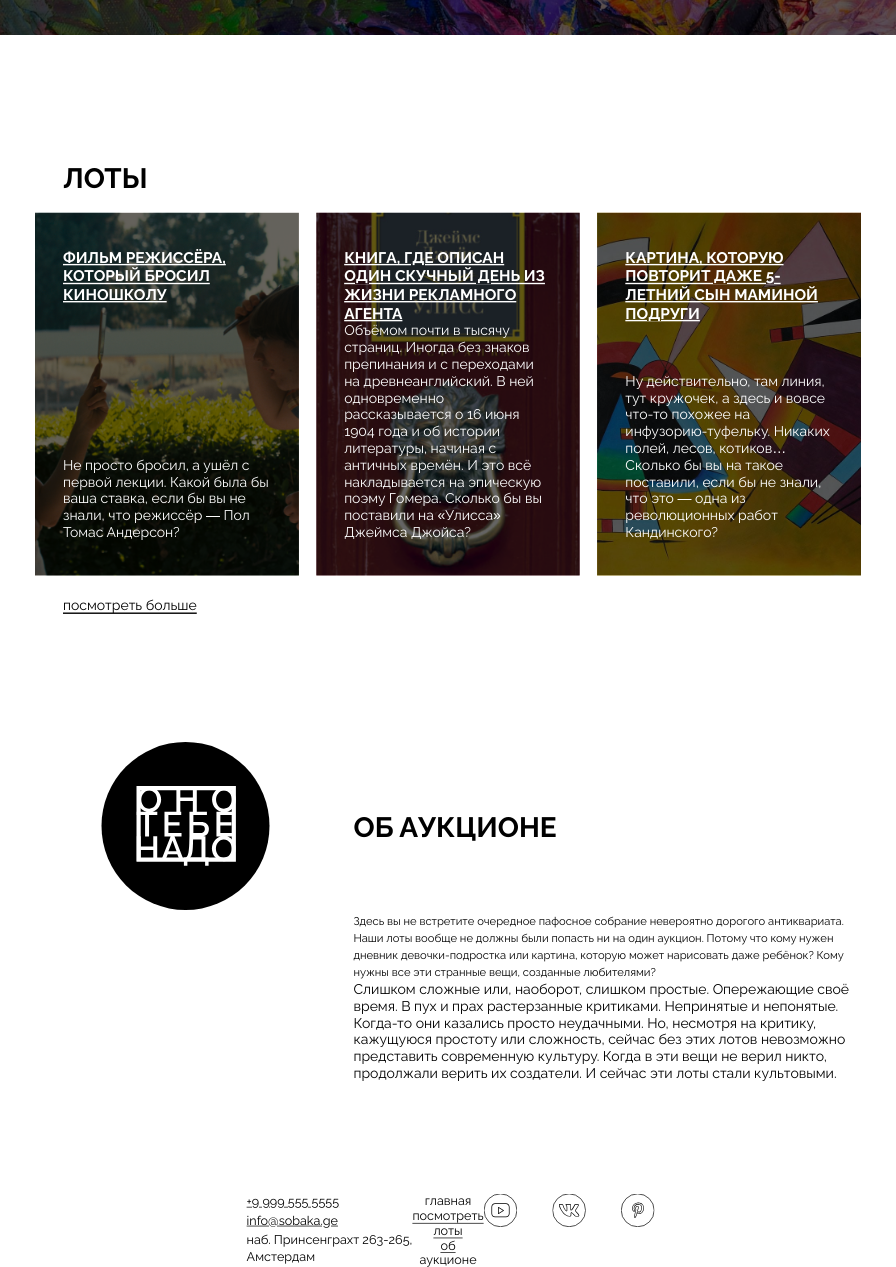
Repository: Hadoooouken/ono-tebe-nado
Page: index.html
These files come from the project's save history. The page is drawn as it stood at one moment and after the next save; the edit follows.
The browser window is 1280 px wide. The pictures show the part of the page from y = 1000 to 2920 px (the page is 2810 px tall before and 2920 px after), at 70% of full size.

Above is the page before, as saved 2023-11-29 03:08:46.

### index.html
<!DOCTYPE html>
<html lang="ru">
  <head>
    <meta charset="UTF-8" />
    <meta http-equiv="X-UA-Compatible" content="IE=edge" />
    <meta name="viewport" content="width=device-width, initial-scale=1.0" />
    <link rel="stylesheet" href="./fonts/fonts.css" />
    <link rel="stylesheet" href="./styles/global.css" />
    <link rel="stylesheet" href="./styles/style.css" />
    <title>Оно тебе надо — аукцион вещей, в которые никто не верил</title>
  </head>
  <body>
    <header class="header section">
      <nav class="header__menu">
        <ul>
          <li class="header__links-list-item_no-bullit">
            <a href="#">главная</a>
          </li>
          <li><a href="#">посмотреть лоты</a></li>
          <li><a href="#">об аукционе</a></li>
        </ul>
      </nav>

      <div class="header__logo">
        <a href="#"><img src="./images/logo-black.svg" alt="Логотип" /></a>
      </div>

      <div class="address">
        <div><a href="tel:+99995555555">+9 999 555 5555</a></div>
        <div><a href="mailto:info@sobaka.ge">info@sobaka.ge</a></div>
        <p>наб. Принсенграхт 263-265, <br/>Амстердам</p>
      </div>
    </header>

    <main>
      <section class="cover">
        <div class="overlay"></div>
        <h1 class="cover__title">
          <span class="align_left">о<span>но</span></span>
          <span class="align_center">те<span>бе</span></span>
          <span class="align_right"
            ><span class="letter-spacing-title">Н</span>ад<span
              class="no-letter-spacing"
              >о</span
            ></span
          >
        </h1>
        <div class="cover__description">
          <p class="divcover__description-text">
            Аукцион вещей, в которые никто не верил
          </p>
          <button type="button" class="bet-button">сделать ставку</button>
        </div>
      </section>

      <section class="lots section">
        <h2 class="lots__heading">лоты</h2>
        <ul class="lots__card-list">
          <li class="lots__card-list-item card_type_film">
            <div class="overlay"></div>
            <a class="card-link" href="#">
              <article class="card">
                <h3 class="card__title">
                  Фильм режиссёра, который бросил киношколу
                </h3>
                <p class="card__text">
                  Не просто бросил, а ушёл с первой лекции. Какой была бы ваша
                  ставка, если бы вы не знали, что режиссёр — Пол Томас
                  Андерсон?
                </p>
              </article>
            </a>
          </li>
          <li class="lots__card-list-item card_type_book">
            <div class="overlay"></div>
            <a class="card-link" href="#">
              <article class="card">
                <h3 class="card__title">
                  Книга, где описан один скучный день из жизни рекламного агента
                </h3>

                <p class="card__text">
                  Объёмом почти в тысячу страниц. Иногда без знаков препинания и
                  с переходами на древнеанглийский. В ней одновременно
                  рассказывается о 16 июня 1904 года и об истории литературы,
                  начиная с античных времён. И это всё накладывается на
                  эпическую поэму Гомера. Сколько бы вы поставили на «Улисса»
                  Джеймса Джойса?
                </p>
              </article>
            </a>
          </li>
          <li class="lots__card-list-item card_type_picture">
            <div class="overlay"></div>
            <a class="card-link" href="#">
              <article class="card">
                <h3 class="card__title">
                  Картина, которую повторит даже 5-летний сын маминой подруги
                </h3>

                <p class="card__text">
                  Ну действительно, там линия, тут кружочек, а здесь и вовсе
                  что-то похожее на инфузорию-туфельку. Никаких полей, лесов,
                  котиков… Сколько бы вы на такое поставили, если бы не знали,
                  что это — одна из революционных работ Кандинского?
                </p>
              </article>
            </a>
          </li>
        </ul>
        <a class="lots__look-more-link" href="#">посмотреть больше</a>
      </section>

      <section class="about section">
        <div class="about__left-column">
          <div class="about__logo">
            <img src="./images/logo-white.svg" alt="Логотип" />
          </div>
        </div>

        <div class="about__right-column">
          <h2 class="about__title">об аукционе</h2>
          <p class="about__text">
            Здесь вы не встретите очередное пафосное собрание невероятно
            дорогого антиквариата. Наши лоты вообще не должны были попасть ни на
            один аукцион. Потому что кому нужен дневник девочки-подростка или
            картина, которую может нарисовать даже ребёнок? Кому нужны все эти
            странные вещи, созданные любителями?
          </p>
          <p class="about__text">
            Слишком сложные или, наоборот, слишком простые. Опережающие своё
            время. В пух и прах растерзанные критиками. Непринятые и непонятые.
            Когда-то они казались просто неудачными. Но, несмотря на критику,
            кажущуюся простоту или сложность, сейчас без этих лотов невозможно
            представить современную культуру. Когда в эти вещи не верил никто,
            продолжали верить их создатели. И сейчас эти лоты стали культовыми.
          </p>
        </div>
      </section>
    </main>
    <footer class="footer section">
      <div class="address">
        <div><a href="tel:+99995555555">+9 999 555 5555</a></div>
        <div><a href="mailto:info@sobaka.ge">info@sobaka.ge</a></div>
        <p>наб. Принсенграхт 263-265,<br/>Амстердам</p>
      </div>

      <div class="footer__menu-list">
        <nav class="">
          <ul class="footer__menu-list-item">
            <li class="footer__menu-link_active">
              <a href="#">главная</a>
            </li>
            <li><a href="#">посмотреть лоты</a></li>
            <li><a href="#">об аукционе</a></li>
          </ul>
        </nav>
      </div>

      <div>
        <ul class="footer__social-list">
          <li class="footer__social-list-item">
            <a href="#"> <img src="./images/yt.svg" alt="ютуб" /></a>
          </li>
          <li class="footer__social-list-item">
            <a href="#"> <img src="./images/vk.svg" alt="вконтакте" /></a>
          </li>
          <li class="footer__social-list-item">
            <a href="#">
              <img src="./images/pinterest.svg" alt="пинтерест"
            /></a>
          </li>
        </ul>
      </div>
    </footer>
  </body>
</html>

### styles/global.css
*,
*::before,
*::after {
  box-sizing: border-box;
}

body {
  min-width: 1100px;
  margin: 0;
  font-family: Raleway, sans-serif;
  line-height: 24px;
}

h1,
h2,
h3,
h4,
h5,
h6,
p,
ul,
ol,
li,
blockquote {
  margin: 0;
  padding: 0;
}

a {
  color: inherit;
}

img {
  width: 100%;
}

### styles/style.css
.header {
 display: grid;
 grid-template-columns: 1fr min-content 1fr;
  padding-top: 92px;
  align-items: center;
  font-weight: 400;
  font-size: 18px;
  font-style: normal;
  text-underline-offset: 4px;
  padding-bottom: 90px;
}


.address {
  display:grid;
  justify-content: end;
  color: #000;
  font-size: 18px;
  font-style: normal;
  font-weight: 400;
  line-height: 24.3px

}

.header__menu ul {
  display: flex;
  gap: 32px;
  list-style-type: circle;
}

.header__links-list-item_no-bullit a {
  text-decoration: none;
}

li.header__links-list-item_no-bullit {
  list-style-type: none;
}

.header__logo {
  width: 138px;
}

.section {
  padding-left: 50px;
  padding-right: 50px;
}

.cover {
  background-image: url(../images/cover.jpg);
  background-repeat: no-repeat;
  background-size: cover;
  background-position: center;
  position: relative;
  z-index: 1;

}


.cover__title {
  display: flex;
  flex-direction: column;
  font-size: 100px;
  font-weight: 700;
  text-transform: uppercase;
  color: #fff;
  font-style: normal;
  position: relative;
  line-height: 115px;
  letter-spacing: 30px;
  z-index: 2;
  padding-top: 165px;
  padding-left: 50px;
  padding-right: 50px;
  gap: 20px;
}

.cover__title > span {
  display: block;
}

.overlay {
  top: 0;
  bottom: 0;
  right: 0;
  left: 0;
  background-color: rgba(0, 0, 0, 0.6);
  position: absolute;
  z-index: 0;
}

.align_left {
  text-align: left;
  letter-spacing: 30px;
}

.align_center {
  text-align: center;
  line-height: 100px;
  letter-spacing: 30px;
}
.align_right {
  text-align: right;
  line-height: 100px;
  letter-spacing: 30px;
}

.align_left span {
  letter-spacing: 60px;

}

.align_center span {
  letter-spacing: 60px;
}




.letter-spacing-title{
  letter-spacing: 60px;
}
.no-letter-spacing{
  letter-spacing: 0;
}

.cover__description {
  display: flex;
  justify-content: end;
  flex-shrink: 0;
  padding: 134px 50px 50px;
  gap: 82px;
  align-items: center;
}

.divcover__description-text {
  color: #fff;
  font-size: 22px;
  font-style: normal;
  font-weight: 400;
  line-height: 28px;
  word-spacing: 17px;
  position: relative;
  text-transform: uppercase;
  z-index: 2;
}

.bet-button {
  background-color: transparent;
  border: 1px solid #fff;
  color: #fff;
  font-family: Raleway;
  font-size: 22px;
  font-style: normal;
  font-weight: 400;
  line-height: normal;
  text-transform: uppercase;
  z-index: 2;
  width: 257px;
  min-height: 52px;
  padding: 10px 30px;
}

.lots {
  padding-top: 180px;
}

.lots__heading {
  padding-left: 40px;
  color: #000;
  font-size: 40px;
  font-style: normal;
  font-weight: 700;
  line-height: normal;
  text-transform: uppercase;
}

.card {
  display: flex;
  flex-direction: column;
  justify-content: space-between;



}
.lots__card-list {
  display: flex;
  padding-top: 27px;
  list-style-type: none;
  gap: 25px;
  margin-bottom: 30px;
}
.lots__card-list-item {
  display: flex;
  flex-grow: 1;
  flex-basis: 0;
  min-height: 450px;
  background-size: cover;
  padding: 50px 40px;
  position: relative;
  background-position: center;
}

.card_type_film {
  background-image: url(../images/card-lot-01.jpg);
}

.card_type_book {
  background-image: url(../images/card-lot-02.jpg);
}

.card_type_picture {
  background-image: url(../images/card-lot-03.jpg);
}

.card__title {
  color: #fff;
  font-size: 22px;
  font-style: normal;
  font-weight: 700;
  line-height: 120%;
  text-transform: uppercase;
  text-decoration: underline;
}

.card-link {
  display: flex;
  text-decoration: none;
  position: relative;
  z-index: 1;
}

.card__text {
  color: #fff;
  font-size: 20px;
  font-style: normal;
  font-weight: 400;
  line-height: 120%;
}

.lots__look-more-link {
  color: #000;
  font-size: 20px;
  font-weight: 400;
  padding-left: 40px;
  text-underline-offset: 4px;
}

.about {
  display: flex;
  padding-top: 182px;
}

.about__logo {
  background-color: #000;
  border-radius: 50%;
  width: 240px;
  height: 240px;
  padding: 63px 46px;
}

.about__title {
  color: #000;
  font-size: 40px;
  font-weight: 700;
  line-height: normal;
  text-transform: uppercase;
  margin-bottom: 100px;
}

.about__text:last-child{
  color: #000;
  font-family: Raleway;
  font-size: 20px;
  font-style: normal;
  font-weight: 400;
  line-height: normal;
  margin-bottom: 0px;

}

.about__left-column {
  padding-left: 95px;
  padding-right: 95px;
}

.about__right-column {
  padding-top: 98px;
  padding-left: 25px;
}

.footer {
  padding-top: 160px;
  display: grid;
 grid-template-columns: 1fr min-content 1fr;
}



.footer__menu-list {
  color: #000;
  font-size: 18px;
  font-style: normal;
  font-weight: 400;
  line-height: normal;
  text-align: center;
  text-underline-offset: 4px;
}
.footer__menu-list-item {
  list-style-type: none;
}

.footer__menu-link_active a {
  text-decoration: none;
}

.footer__social-list {
  display: flex;
  flex-direction: row;
  gap: 50px;
}

.footer__social-list-item {
  list-style-type: none;
  width: 48px;
  height: 48px;
}

Loaded but not shown: fonts/fonts.css (common file)

After the next save:
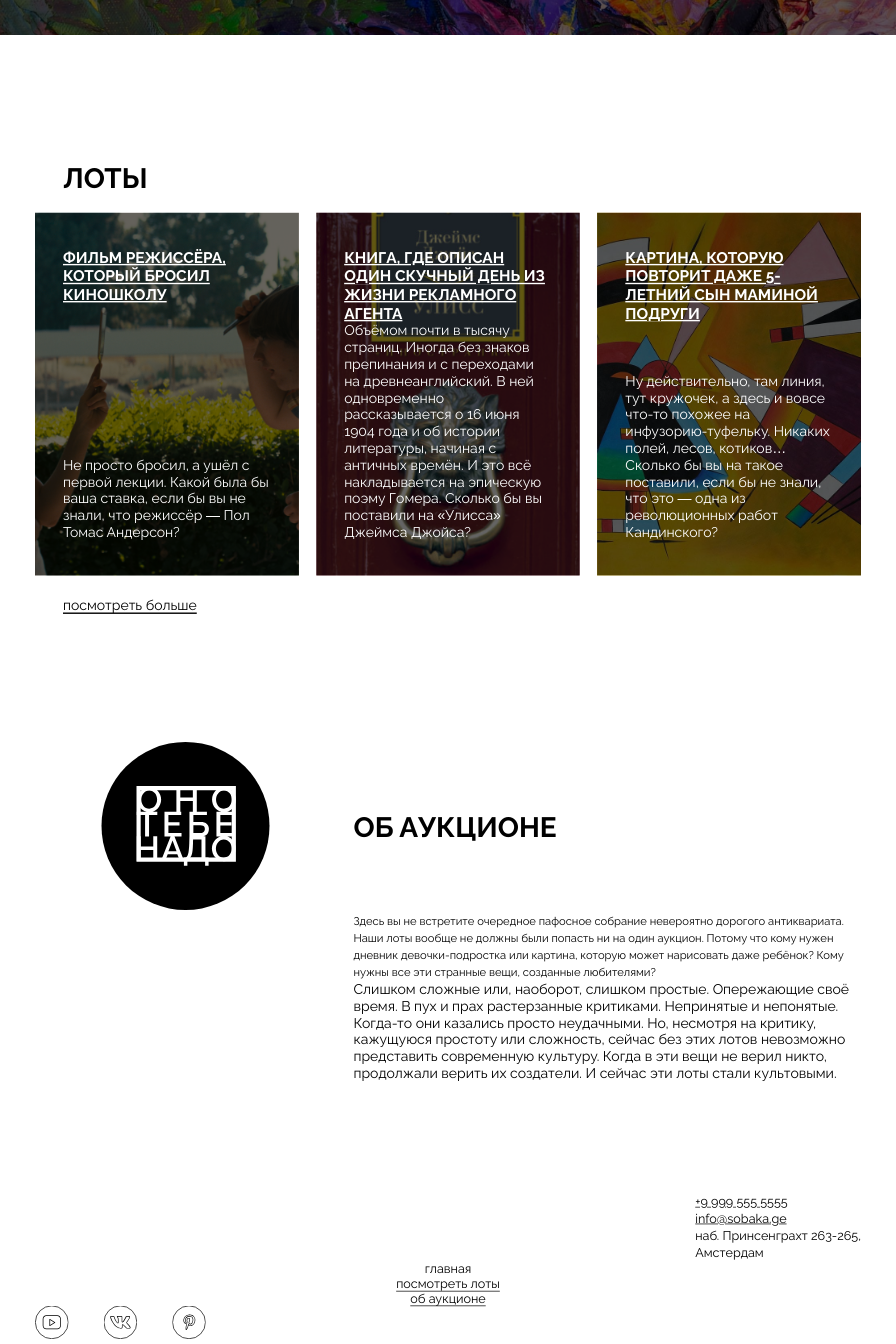
Saved 12 s later.
--- a/styles/style.css
+++ b/styles/style.css
@@ -291,7 +291,7 @@
 .footer {
   padding-top: 160px;
   display: grid;
- grid-template-columns: 1fr min-content 1fr;
+
 }
 
 
